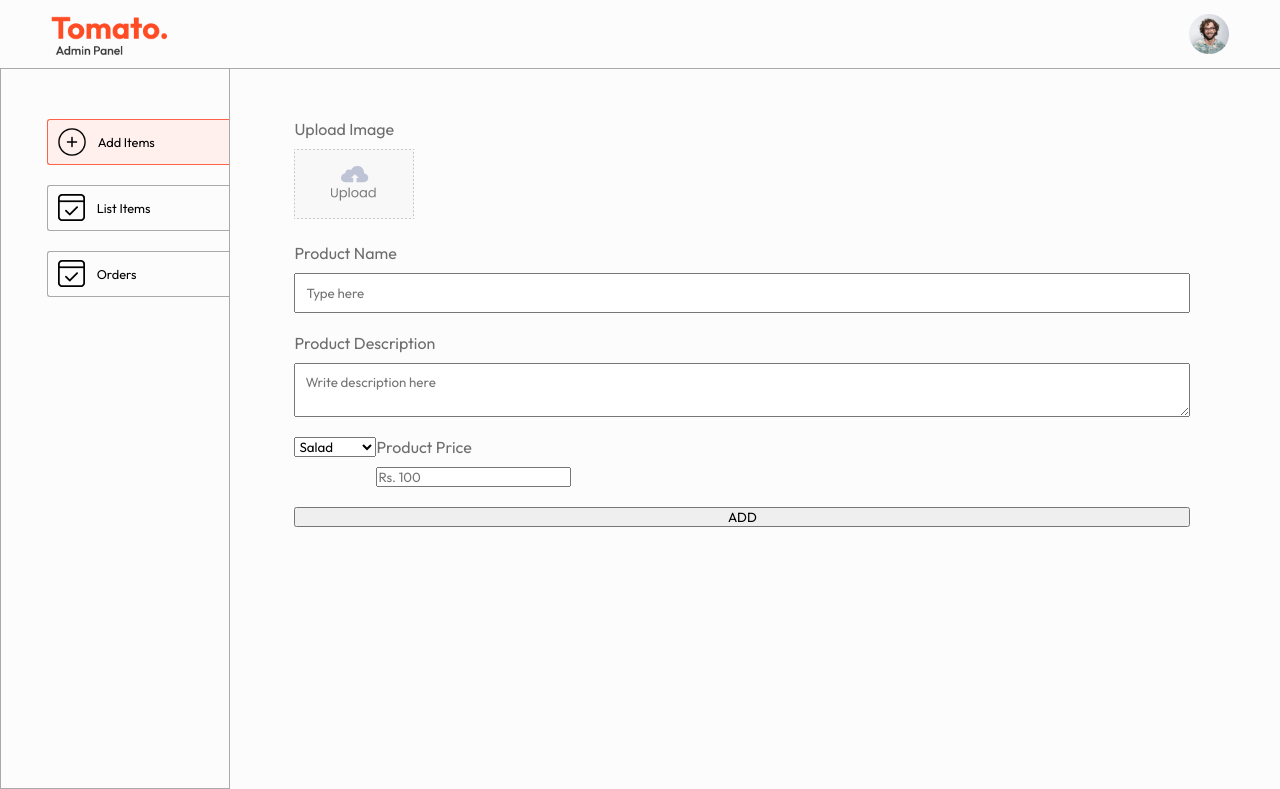
Repository: KartikChouhan03/food-delivery-app
Page: /add (app in admin/)
These files come from the project's save history. The page is drawn as it stood at one moment and after the next save; the edit follows.
The browser window is 1280 px wide. The pictures show the whole page.
Some web fonts or font styles are not loaded; a fallback is used. The project was rebuilt for these pictures with package versions that can differ from the ones it lists, and the page was loaded fresh each time. Also part of the build but not shown: admin/vite.config.js, admin/src/pages/List/List.css, admin/src/pages/List/List.jsx, admin/src/pages/Orders/Orders.css, admin/src/pages/Orders/Orders.jsx.

Above is the page before, as saved 2025-08-17 14:46:14.

### admin/index.html
<!doctype html>
<html lang="en">
  <head>
    <meta charset="UTF-8" />
    <link rel="icon" type="image/svg+xml" href="" />
    <meta name="viewport" content="width=device-width, initial-scale=1.0" />
    <title>Foodify Admin</title>
  </head>
  <body>
    <div id="root"></div>
    <script type="module" src="/src/main.jsx"></script>
  </body>
</html>

### admin/src/main.jsx
import { StrictMode } from 'react'
import { createRoot } from 'react-dom/client'
import './index.css'
import App from './App.jsx'
import {BrowserRouter} from "react-router-dom"

createRoot(document.getElementById('root')).render(
  <BrowserRouter>
    <App/>
  </BrowserRouter>

)

### admin/src/index.css
@import url('https://fonts.googleapis.com/css2?family=Montserrat:ital,wght@0,100..900;1,100..900&family=Outfit:wght@100..900&family=Playfair+Display:ital,wght@0,400..900;1,400..900&display=swap');

*{
  padding: 0;
  margin: 0;
  box-sizing: border-box;
  font-family: Outfit;

}

body{
  min-height: 100vh;
  background-color: #fcfcfc;

}

a {
  text-decoration: none;
  color: inherit;
}

hr{
  border:none;
  height: 1px;
  background-color: #a9a9a9;
}

.app-content{
  display: flex;
}


.flex-col{
  display: flex;
  flex-direction: column;
  gap: 10px;
}

### admin/src/App.jsx
import React from 'react'
import Navbar from './components/Navbar/Navbar'
import Sidebar from './components/Sidebar.jsx/Sidebar'
import { Route, Routes } from 'react-router-dom'
import Add from './pages/Add/Add'
import List from './pages/List/List'
import Orders from './pages/Orders/Orders'


const App = () => {
  return (
    <div>
      <Navbar/>
      <hr />
      <div className='app-content'>
        <Sidebar/>
        <Routes>
          <Route path='/add' element={<Add/>}/>
          <Route path='/list' element={<List/>}/>
          <Route path='/Orders' element={<Orders/>}/>
        </Routes>
      </div>
    </div>
  )
}

export default App

### admin/src/components/Navbar/Navbar.jsx
import React from 'react'
import './Navbar.css'
import {assets} from '../../assets/assets.js'

const Navbar = () => {
  return (
    <div className='navbar'>
      <img className='logo' src={assets.logo} alt="" />
      <img className="profile" src={assets.profile_image} alt="" />
    </div>
  )
}

export default Navbar

### admin/src/components/Sidebar.jsx/Sidebar.jsx
import React from 'react'
import './Sidebar.css'
import { assets } from '../../assets/assets'
import { NavLink } from 'react-router-dom'

const Sidebar = () => {
  return (
    <div className='sidebar'>
        <div className="sidebar-options">
            <NavLink to='/add' className="sidebar-option">
                <img src={assets.add_icon} alt="" />
                <p>Add Items</p>
            </NavLink>
            <NavLink to='/list' className="sidebar-option">
                <img src={assets.order_icon} alt="" />
                <p>List Items</p>
            </NavLink>
            <NavLink to='/orders' className="sidebar-option">
                <img src={assets.order_icon} alt="" />
                <p>Orders</p>
            </NavLink>
        </div>

    </div>
  )
}

export default Sidebar

### admin/src/pages/Add/Add.jsx
import React from 'react'
import './Add.css'
import { assets } from '../../assets/assets'

const Add = () => {
  return (
    <div className='add'>
      <form className='flex-col'>
        <div className="add-img-upload flex-col">
            <p>Upload Image</p>
            <label htmlFor='image'>
                <img src={assets.upload_area} alt="" />
            </label>
            <input type="file" id="image"  hidden required/>
        </div>
        <div className="add-product-name flex-col">
            <p>Product Name</p>
            <input type="text" name='name' placeholder='Type here' />
        </div>
        <div className="add-product-description flex-col">
            <p>Product Description</p>
            <textarea name="description" placeholder="Write description here"></textarea>
        </div>
        <div className="add-category-price">
            <div className='add-category flex-col'>
                <select name="category" >
                    <option value="Salad">Salad</option>
                    <option value="Rolls">Rolls</option>
                    <option value="Deserts">Deserts</option>
                    <option value="Sandwich">SandWich</option>
                    <option value="Cake">Cake</option>
                    <option value="Pure Veg">Pure Veg</option>
                    <option value="Pasta">Pasta</option>
                    <option value="Noodles">Noodles</option>
                </select>
            </div>
            <div className="add-price flex-col">
                <p>Product Price</p>
                <input type="number" name="price" placeholder="Rs. 100"/>
            </div>

        </div>
        <button type='submit' className='add-btn'>ADD</button>
      </form>
    </div>
  )
}

export default Add

### admin/src/components/Navbar/Navbar.css
.navbar{
    display: flex;
    justify-content: space-between;
    align-items: center;
    padding: 8px 4%;
}

.navbar .logo{
    width: max(10%, 90px);
}

.navbar .profile{
    width: 40px;
}

### admin/src/components/Sidebar.jsx/Sidebar.css
.sidebar{
    width: 18%;
    min-height: 100vh;
    border: 1.5px solid #a9a9a9;
    border-top:0 ;
    font-size: max(1vw,10px);
}

.sidebar-options{
    padding-top: 50px ;
    padding-left: 20%;
    display: flex;
    flex-direction: column;
    gap: 20px;
}

.sidebar-option{
    display:flex;
    align-items: center;
    gap: 12px;
    border: 1px solid #a9a9a9;
    border-right: 0;
    padding: 8px 10px ;
    border-radius: 3px 0px 0px 3px;
    cursor: pointer;
}

.sidebar-option.active{
    background-color: #fff0ed;
    border-color: tomato;
}

@media (max-width:900px) {
    .sidebar-option p{
        display: none;
    }
}

### admin/src/pages/Add/Add.css
.add{
    width: 70%;
    margin-left: max(5vw,25px);
    margin-top: 50px;
    color: #6d6d6d;
    font-size:16px ;
}

.add form{
    gap:  20px;

}

.add-img-upload img{
    width: 120px;
}

.add-product-name .add-product-description{
    width: max(40%,280px);
}

.add-product-name input , .add-product-description textarea{
    padding: 10px;
}

.add-category-price{
    display: flex;
}

Loaded but not shown: admin/src/assets/assets.js (common file)

After the next save:
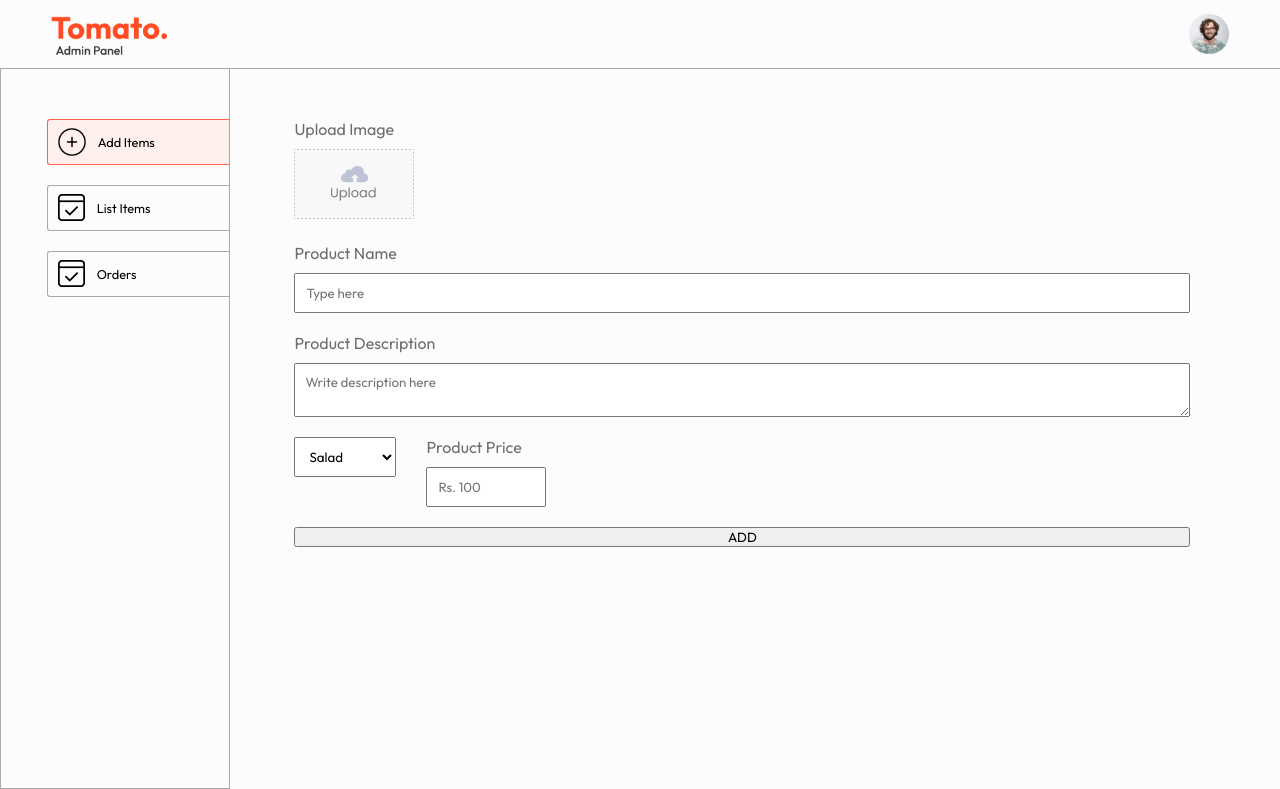
Saved 63 s later.
--- a/admin/src/pages/Add/Add.css
+++ b/admin/src/pages/Add/Add.css
@@ -25,4 +25,10 @@
 
 .add-category-price{
     display: flex;
+    gap: 30px;
 }
+
+.add-category-price select, .add-category-price input{
+    max-width: 120px;
+    padding: 10px;
+}
